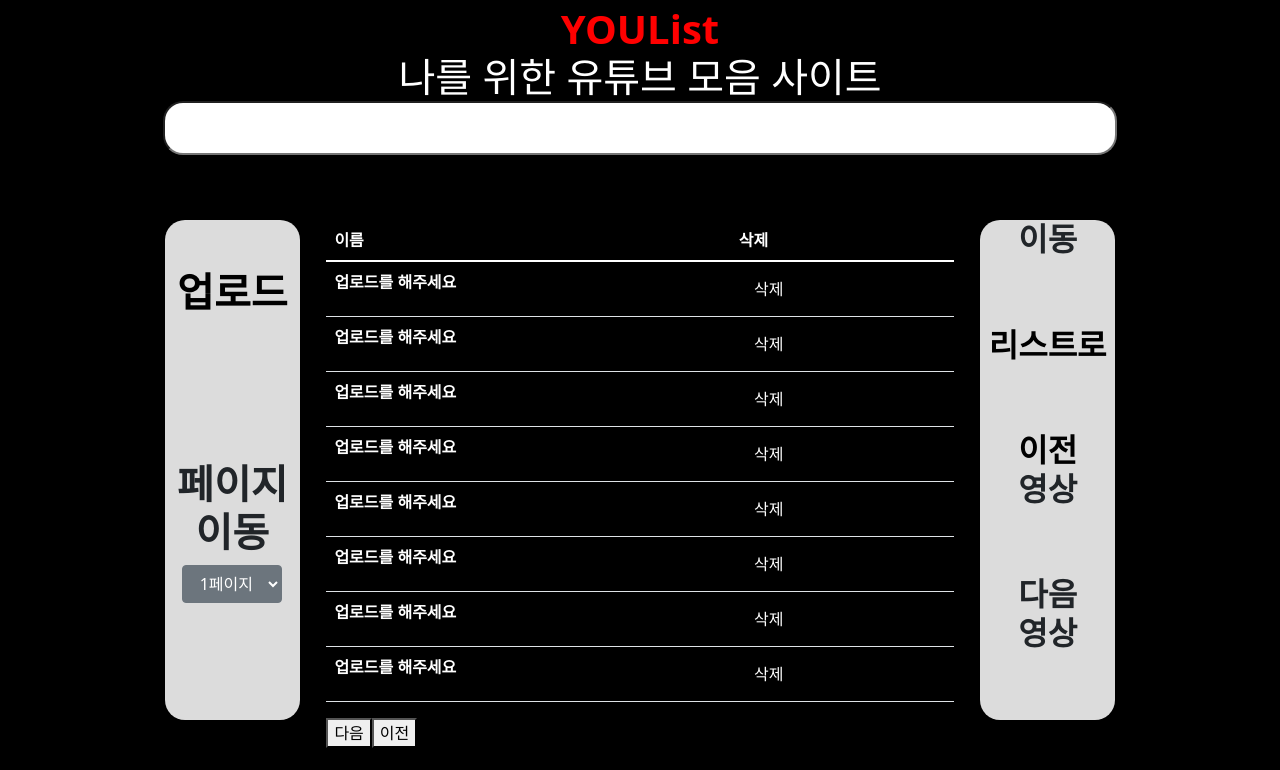
Repository: sojihwan/YouList
Page: / (app in youlist/)
The author's editor kept a copy of each file at every save. The page is drawn from the files as they stood at one save, then again after the next save.
The browser window is 1280 px wide. The pictures show the whole page.
The project was rebuilt for these pictures with package versions that can differ from the ones it lists, and the page was loaded fresh each time. Also part of the build but not shown: youlist/src/App.css, youlist/src/Body/View.js, youlist/src/Body/Uplode.js.

Above is the page before, as saved 2022-05-26 11:15:16.

### youlist/src/index.css
body {
  margin: 0;
  font-family: -apple-system, BlinkMacSystemFont, 'Segoe UI', 'Roboto', 'Oxygen',
    'Ubuntu', 'Cantarell', 'Fira Sans', 'Droid Sans', 'Helvetica Neue',
    sans-serif;
  -webkit-font-smoothing: antialiased;
  -moz-osx-font-smoothing: grayscale;
}

code {
  font-family: source-code-pro, Menlo, Monaco, Consolas, 'Courier New',
    monospace;
}

html{
  background-color: black;
}

### youlist/src/App.js
/* eslint-disable no-sequences */

import './App.css';
import 'bootstrap/dist/css/bootstrap.css';
import React,{useState} from 'react'
import { Route } from 'react-router';
import Header from './Header/Header'
import RightNav from './Nav/RightNav'
import Body from './Body/Body'
import View from './Body/View';
import LeftNav from './Nav//LeftNav'
import Uplode from './Body/Uplode';

function App() {
  const [value, setValue] = useState("");
  return (
    <div style={{backgroundColor:"black"}}>
      <Header/>
      <div style={{width:'70%',position:'absolute',top:'220',left:'15%'}}>
      <RightNav/>
      <Route path ="/View"  component={() => <View value={value}/>}/>
      <Route path ="/Uplode" component = {()=> <Uplode/>} />
      <LeftNav setValue={setValue}/>
      <Route path ="/" component = {()=> <Body setValue={setValue}/>} exact/>
      </div>
    </div>
  );
}

export default App;

### youlist/src/Header/Header.js
import React,{useState} from 'react';
import 'bootstrap/dist/css/bootstrap.css';
import '../CSS/Div.css'

function Header (){
  const [Log, setLog] = useState('');
  const onChange = (e) => {
    setLog(e.target.value);
  };
  const handleKeyPress = e => {
    if(e.key === 'Enter') {
      setLog('');
    }
  }
    return(
      <header className='Headercss'>
        <h1 style={{textAlign:'center',color:"#ffffff"}}>
          <strong style={{color:"red"}}>YOUList</strong>
          <br/>나를 위한 유튜브 모음 사이트
          <br/>
          <input
            style={{width:"74.5%",textAlign:"center",borderRadius:"20PX"}}
            onKeyPress={handleKeyPress}
            name="select"
            onChange={onChange}
            value={Log}>
          </input>
          </h1>
      </header>
    )
  }

export default Header;

### youlist/src/Nav/RightNav.js
import React from 'react';
import 'bootstrap/dist/css/bootstrap.css';
import { Link } from 'react-router-dom';
import '../CSS/Div.css'
import '../CSS/Link.css'

function RightNav (){

  return(
    <nav className="RightNav">
      <h1 style={{textAlign:'center'}}>
        <br/>
        <Link to="/uplode"className="Link1">
        <strong>업로드</strong>
        </Link>
        <br/>
        <br/>
        <br/>
        <br/>
        <div>
          <b>페이지<br/>이동</b>
        <select className="btn btn-secondary dropdown-toggle"style={{textAlign:"center"}}>
          <option value={1}>1페이지</option>
          <option value={2}>2페이지</option>
          <option value={3}>3페이지</option>
          <option value={4}>4페이지</option>
        </select>
        </div>
        </h1>
    </nav>
  )
}
export default RightNav;

### youlist/src/Body/Body.js
import React, { useState } from 'react';
import 'bootstrap/dist/css/bootstrap.css';
import '../CSS/Div.css'
import '../CSS/Link.css'
import { Link } from 'react-router-dom';

export function Body(props) {

  let a = [0,1,2,3,4,5,6,7];
  const [lists, setLists] = useState([
        JSON.parse(localStorage.getItem(a[0])),
        JSON.parse(localStorage.getItem(a[1])),
        JSON.parse(localStorage.getItem(a[2])),
        JSON.parse(localStorage.getItem(a[3])),
        JSON.parse(localStorage.getItem(a[4])),
        JSON.parse(localStorage.getItem(a[5])),
        JSON.parse(localStorage.getItem(a[6])),
        JSON.parse(localStorage.getItem(a[7]))
    ]);
   const [Pnum,setPNum] = useState(0);
    function beforepage(){
      if(Pnum===0 || Pnum<=0 ){
        setPNum(0)
        NaxtsetLists();
        alert('이전 페이지는 없습니다.')
        return 0;
      }
      for(let addnum=0;addnum<=Pnum-2; addnum++){
        a[0] = a[0] + 8;
        a[1] = a[1] + 8;
        a[2] = a[2] + 8;
        a[3] = a[3] + 8;
        a[4] = a[4] + 8;
        a[5] = a[5] + 8;
        a[6] = a[6] + 8;
        a[7] = a[7] + 8;
      }
      console.log(a)
      setPNum(Pnum-1)
      NaxtsetLists()
    }
    function NaxtsetLists(){
      setLists([
        JSON.parse(localStorage.getItem(a[0])),
        JSON.parse(localStorage.getItem(a[1])),
        JSON.parse(localStorage.getItem(a[2])),
        JSON.parse(localStorage.getItem(a[3])),
        JSON.parse(localStorage.getItem(a[4])),
        JSON.parse(localStorage.getItem(a[5])),
        JSON.parse(localStorage.getItem(a[6])),
        JSON.parse(localStorage.getItem(a[7]))
      ]);
    }
    function nextpage(){
      setPNum(Pnum+1)
      for(let addnum=0;addnum<=Pnum; addnum++){
        a[0] = a[0] + 8;
        a[1] = a[1] + 8;
        a[2] = a[2] + 8;
        a[3] = a[3] + 8;
        a[4] = a[4] + 8;
        a[5] = a[5] + 8;
        a[6] = a[6] + 8;
        a[7] = a[7] + 8;
      }

      if(JSON.parse(localStorage.getItem(a[0]))===null){
        alert("다음 페이지는 없습니다.");
        return 0;
      }
      console.log(a)
      NaxtsetLists()
    }

    const onRemomve = like => {
    var i = 0;
    var s
    for(i=0;i<=localStorage.length-1;i++){
      s = JSON.parse(localStorage.getItem(`${i}`));
      if(s.like === like){
        break;
      }
    }
    localStorage.removeItem(i);
  }

  return (
    <div className="Bodydiv">
      <table className="table table-striped" style={{ color: "#FFFFFF" }} name="list1" >
        <thead>
          <tr>
            <th>이름</th>
            <th>삭제</th>
          </tr>
        </thead>
        <tbody>
          {
            lists.map((item,index) => {
              return(
                <tr key={index}>
                  <td>
                    <Link to="/View" className="Link">
                      <b onClick={() =>{if(item != null){props.setValue(item.like)}}}>
                       {item===null ? '업로드를 해주세요' : item.title }
                      </b>
                    </Link>
                  </td>
                  <td><button className='btn btn-default' style={{color:'#FFFFFF',width:'60px'}} onClick={()=>{if(item !== null){onRemomve(item.like)}}}>삭제</button></td>
                </tr>
              );
            }
            )
          }
        </tbody>
      </table>
      <button onClick={nextpage}>다음</button>
      <button onClick={beforepage}>이전</button>
    </div>
  )
}

export default React.memo(Body);

### youlist/src/Nav/LeftNav.js
import React from 'react';
import 'bootstrap/dist/css/bootstrap.css';
import { Link } from 'react-router-dom';
import '../CSS/Div.css'
import '../CSS/Link.css'

function LeftNav (props){
  function NV(){

  }
  function BV(){

  }
  return(
    <nav className="LeftNav">
      <h2 className='LeftH1'>
        <strong>이동</strong>
        <div className='LeftNavDiv'>
          <Link to="/"className="Link1"><b>리스트로</b></Link><br/>
        </div>
        <div className='LeftNavDiv'>
          <b onClick={NV(props)}><Link to="/"className="Link1">이전</Link></b><br/>
          <b onClick={NV(props)}>영상</b>
        </div>
        <div className='LeftNavDiv'>
          <b onClick={BV(props)}>다음</b><br/>
          <b onClick={BV(props)}>영상</b>
        </div>
        </h2>
    </nav>
  )
}
export default LeftNav;

### youlist/src/CSS/Div.css
.Uplodediv{
  padding-left:7%;
  background:#000000;
  width:70%;
  height:550px;
  position:absolute;
  top:0px;
  left:20%;
  color:#FFFFFF
}
.Bodydiv{
  background:#000000;
  width:70%;
  height:550px;
  position:absolute;
  left:15%;
  top:0px;
}
.DIVVIEW{
  padding:5px;
  background:#000000;
  width:70%;
  height:550px;
  position:absolute;
  top:0px;
  left:15%;
}
.Headercss{
  background:#000000;
  height:220px;
  padding-top:5px;
}
.LeftNav{
  border-radius:20px;
  background:#DCDCDC;
  width:15%;
  height:500px;
  position:absolute;
  left:88%;
  top:0px;
}
.LeftH1{
  text-Align:center;
}
.RightNav{
  background:#DCDCDC;
  width:15%;
  position:absolute;
  height:500px;
  left: -3%;
  border-radius:20PX;
}
.LeftNavDiv{
  width: 100%;
  margin-top: 50%;
}

### youlist/src/CSS/Link.css
.Link{
  text-decoration:none;
  color:#FFFFFF;
}
.Link:hover{
  text-decoration:none;
  color:#FFFFFF;
}
.Link1{
  text-decoration:none;
  color:#000000;
}
.Link1:hover{
  text-decoration:none;
  color:#000000;
}

Loaded but not shown: youlist/public/index.html (common file); youlist/src/index.js (common file); youlist/src/reportWebVitals.js (common file)

After the next save:
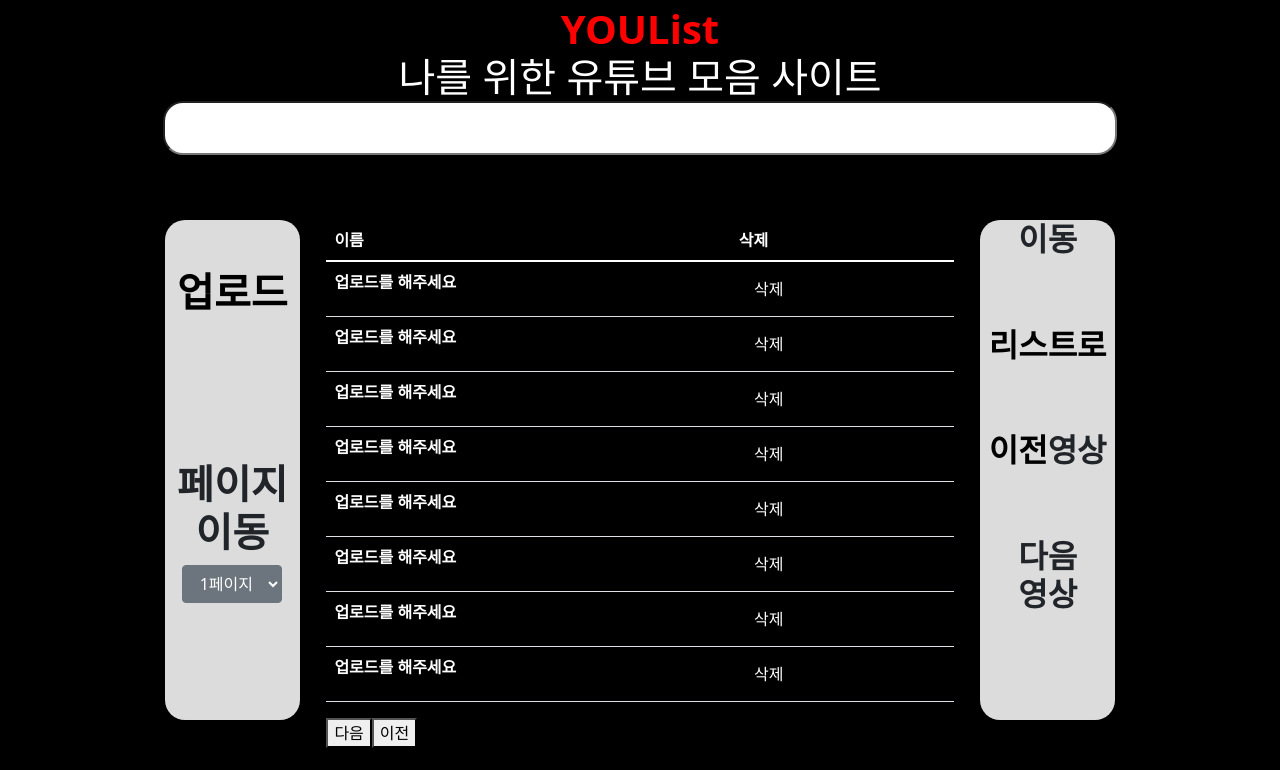
Saved 6 s later.
--- a/youlist/src/Nav/LeftNav.js
+++ b/youlist/src/Nav/LeftNav.js
@@ -19,8 +19,7 @@ function LeftNav (props){
           <Link to="/"className="Link1"><b>리스트로</b></Link><br/>
         </div>
         <div className='LeftNavDiv'>
-          <b onClick={NV(props)}><Link to="/"className="Link1">이전</Link></b><br/>
-          <b onClick={NV(props)}>영상</b>
+          <b onClick={NV(props)}><Link to="/"className="Link1">이전</Link>영상</b>
         </div>
         <div className='LeftNavDiv'>
           <b onClick={BV(props)}>다음</b><br/>
